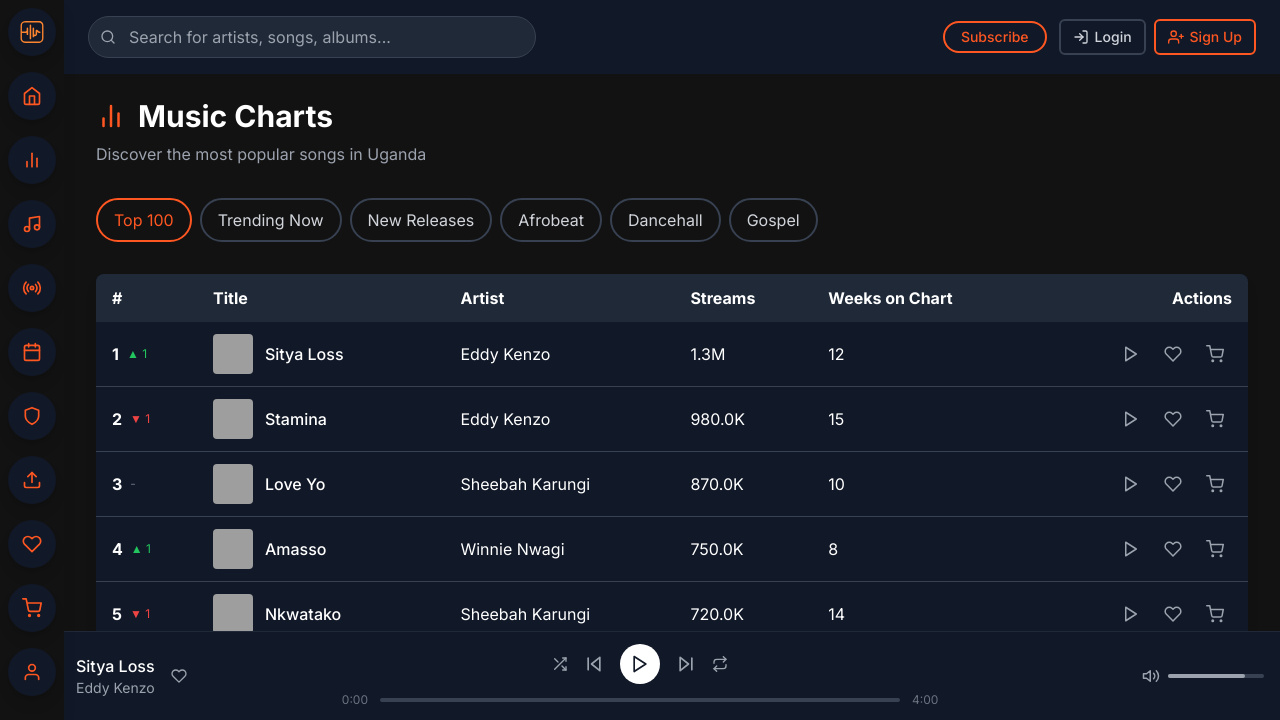
Repository: kaizoku010/sauti-box
Page: /charts
These files come from the project's save history. The page is drawn as it stood at one moment and after the next save; the edit follows.
The browser window is 1280 px wide. The pictures show the whole page.
Pictures or frames that could not be fetched are drawn as grey boxes. An inner scrolling area shows only its first screen. The project was rebuilt for these pictures with package versions that can differ from the ones it lists, and the page was loaded fresh each time. The framework's server and built-in components were replaced by stand-ins that run in the browser. Also part of the build but not shown: next.config.mjs, next.config.ts.

Above is the page before, as saved 2025-04-20 20:26:44.

After the next save:
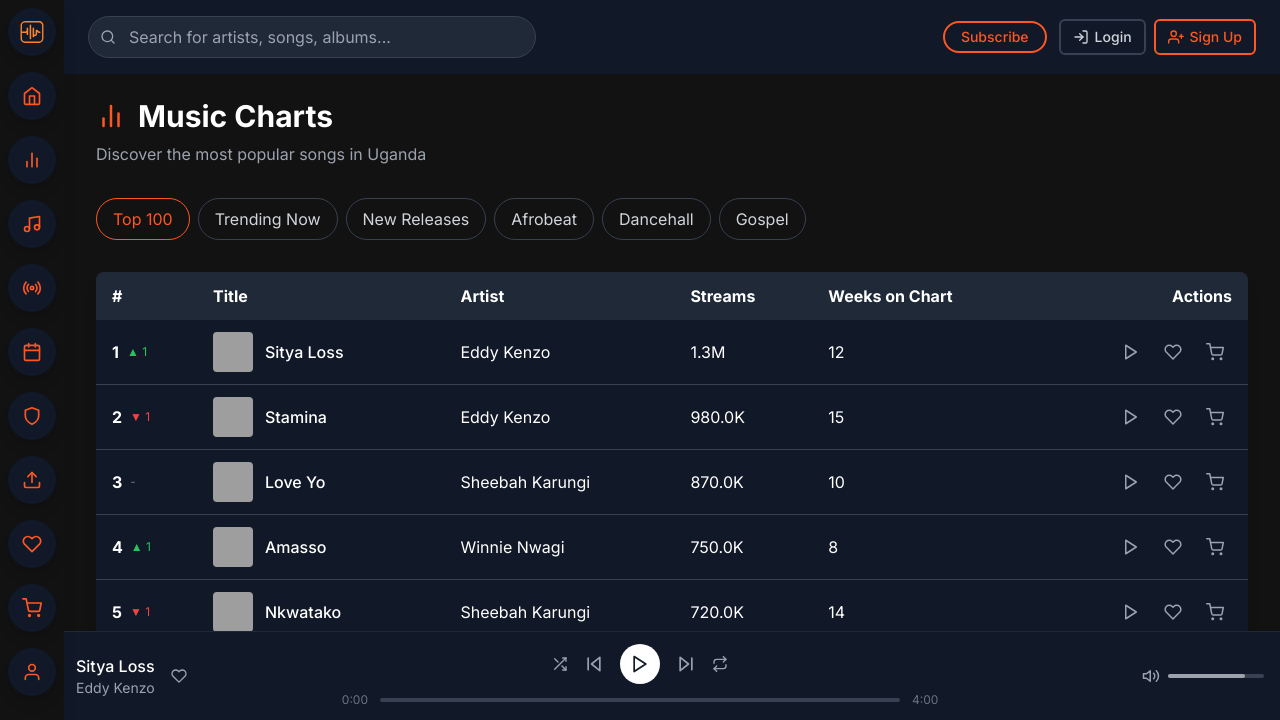
Saved 15 s later.
--- a/src/app/charts/page.tsx
+++ b/src/app/charts/page.tsx
@@ -168,8 +168,8 @@
                 key={category.id}
                 className={`px-4 py-2 rounded-full ${
                   activeCategory === category.id
-                    ? 'border-2 border-primary text-primary'
-                    : 'border-2 border-gray-700 text-gray-300 hover:border-primary hover:text-primary'
+                    ? 'border border-primary text-primary'
+                    : 'border border-gray-700 text-gray-300 hover:border-primary hover:text-primary'
                 }`}
                 onClick={() => setActiveCategory(category.id)}
               >
